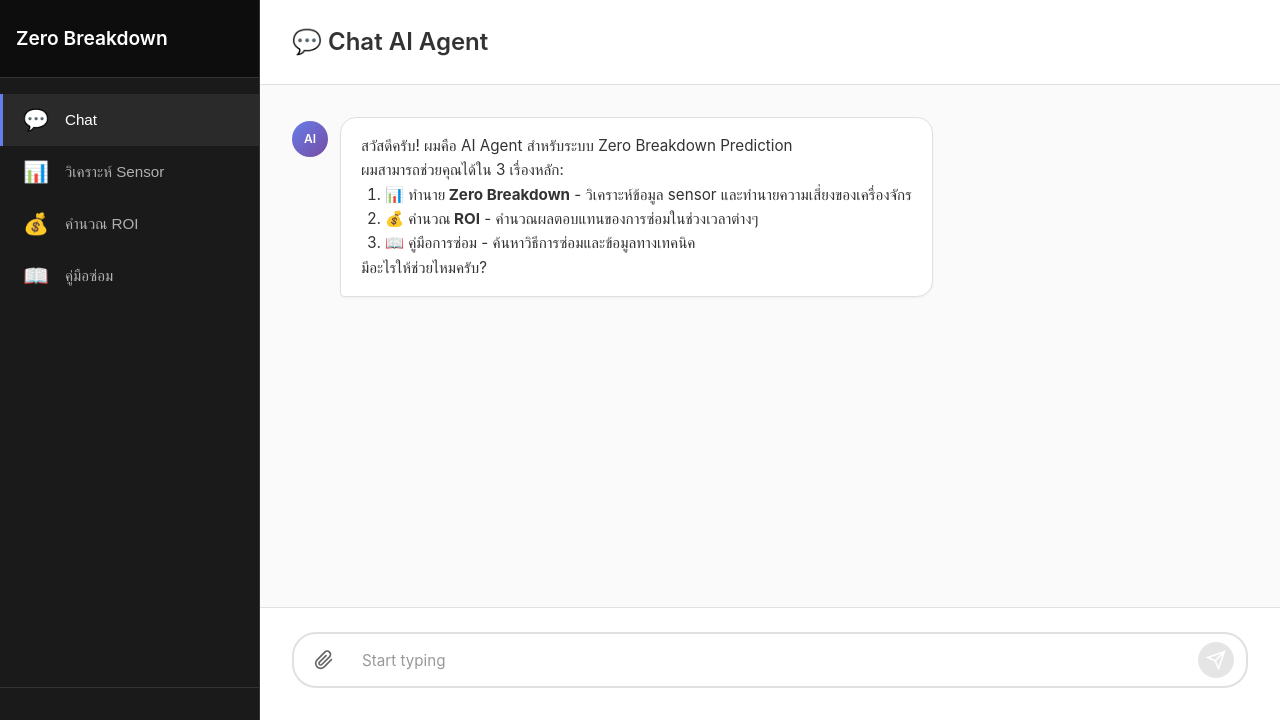
Repository: Endo-Sym/Mit-Hack-Zero-Breakdown
Page: / (app in zero-breakdown-app/)
These files come from the project's save history. The page is drawn as it stood at one moment and after the next save; the edit follows.
The browser window is 1280 px wide. The pictures show the whole page.
The project was rebuilt for these pictures with package versions that can differ from the ones it lists, and the page was loaded fresh each time. Also part of the build but not shown: zero-breakdown-app/vite.config.js, zero-breakdown-app/src/components/SensorAnalysis.css, zero-breakdown-app/src/components/SensorAnalysis.jsx, zero-breakdown-app/src/components/ROICalculator.css, zero-breakdown-app/src/components/ROICalculator.jsx, zero-breakdown-app/src/components/RepairManual.jsx.

Above is the page before, as saved 2025-09-30 20:22:08.

After the next save:
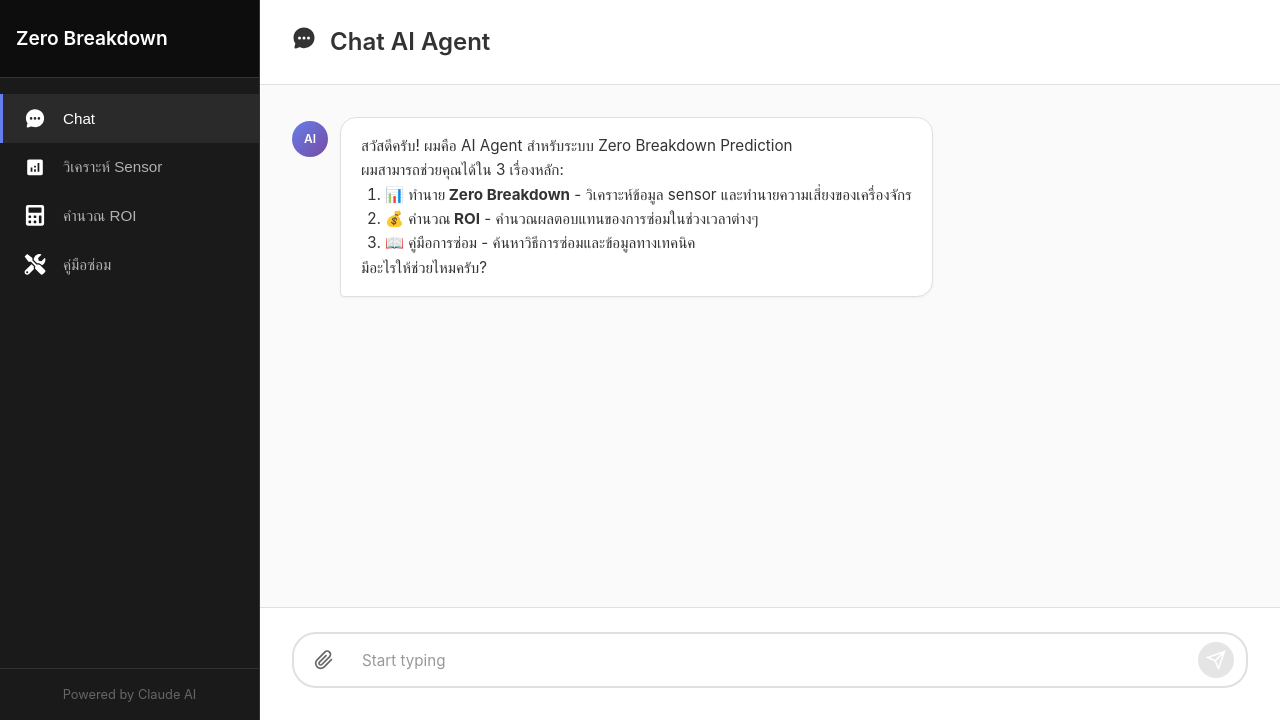
Saved 4 min 2 s later.
--- a/zero-breakdown-app/src/App.jsx
+++ b/zero-breakdown-app/src/App.jsx
@@ -4,6 +4,9 @@ import ChatInterface from './components/ChatInterface'
 import SensorAnalysis from './components/SensorAnalysis'
 import ROICalculator from './components/ROICalculator'
 import RepairManual from './components/RepairManual'
+import { IoChatbubbleEllipses } from "react-icons/io5"
+import { MdAnalytics } from "react-icons/md"
+import { FaCalculator, FaTools } from "react-icons/fa"
 
 function App() {
   const [activeTab, setActiveTab] = useState('chat')
@@ -12,7 +15,7 @@ function App() {
     <div className="app-container">
       <aside className="sidebar">
         <div className="sidebar-header">
-          <h2> Zero Breakdown</h2>
+          <h2>Zero Breakdown</h2>
         </div>
 
         <nav className="sidebar-nav">
@@ -20,44 +23,52 @@ function App() {
             className={activeTab === 'chat' ? 'nav-item active' : 'nav-item'}
             onClick={() => setActiveTab('chat')}
           >
-            <span className="nav-icon">💬</span>
+            <IoChatbubbleEllipses className="nav-icon" />
             <span className="nav-text">Chat</span>
           </button>
           <button
             className={activeTab === 'sensor' ? 'nav-item active' : 'nav-item'}
             onClick={() => setActiveTab('sensor')}
           >
-            <span className="nav-icon">📊</span>
+            <MdAnalytics className="nav-icon" />
             <span className="nav-text">วิเคราะห์ Sensor</span>
           </button>
           <button
             className={activeTab === 'roi' ? 'nav-item active' : 'nav-item'}
             onClick={() => setActiveTab('roi')}
           >
-            <span className="nav-icon">💰</span>
+            <FaCalculator className="nav-icon" />
             <span className="nav-text">คำนวณ ROI</span>
           </button>
           <button
             className={activeTab === 'manual' ? 'nav-item active' : 'nav-item'}
             onClick={() => setActiveTab('manual')}
           >
-            <span className="nav-icon">📖</span>
+            <FaTools className="nav-icon" />
             <span className="nav-text">คู่มือซ่อม</span>
           </button>
         </nav>
 
         <div className="sidebar-footer">
-          <p></p>
+          <p>Powered by Claude AI</p>
         </div>
       </aside>
 
       <main className="main-container">
         <header className="main-header">
           <h1>
-            {activeTab === 'chat' && '💬 Chat AI Agent'}
-            {activeTab === 'sensor' && '📊 วิเคราะห์ข้อมูล Sensor'}
-            {activeTab === 'roi' && '💰 คำนวณ ROI'}
-            {activeTab === 'manual' && '📖 คู่มือการซ่อม'}
+            {activeTab === 'chat' && (
+              <><IoChatbubbleEllipses style={{ marginRight: '0.5rem' }} /> Chat AI Agent</>
+            )}
+            {activeTab === 'sensor' && (
+              <><MdAnalytics style={{ marginRight: '0.5rem' }} /> วิเคราะห์ข้อมูล Sensor</>
+            )}
+            {activeTab === 'roi' && (
+              <><FaCalculator style={{ marginRight: '0.5rem' }} /> คำนวณ ROI</>
+            )}
+            {activeTab === 'manual' && (
+              <><FaTools style={{ marginRight: '0.5rem' }} /> คู่มือการซ่อม</>
+            )}
           </h1>
         </header>
 
